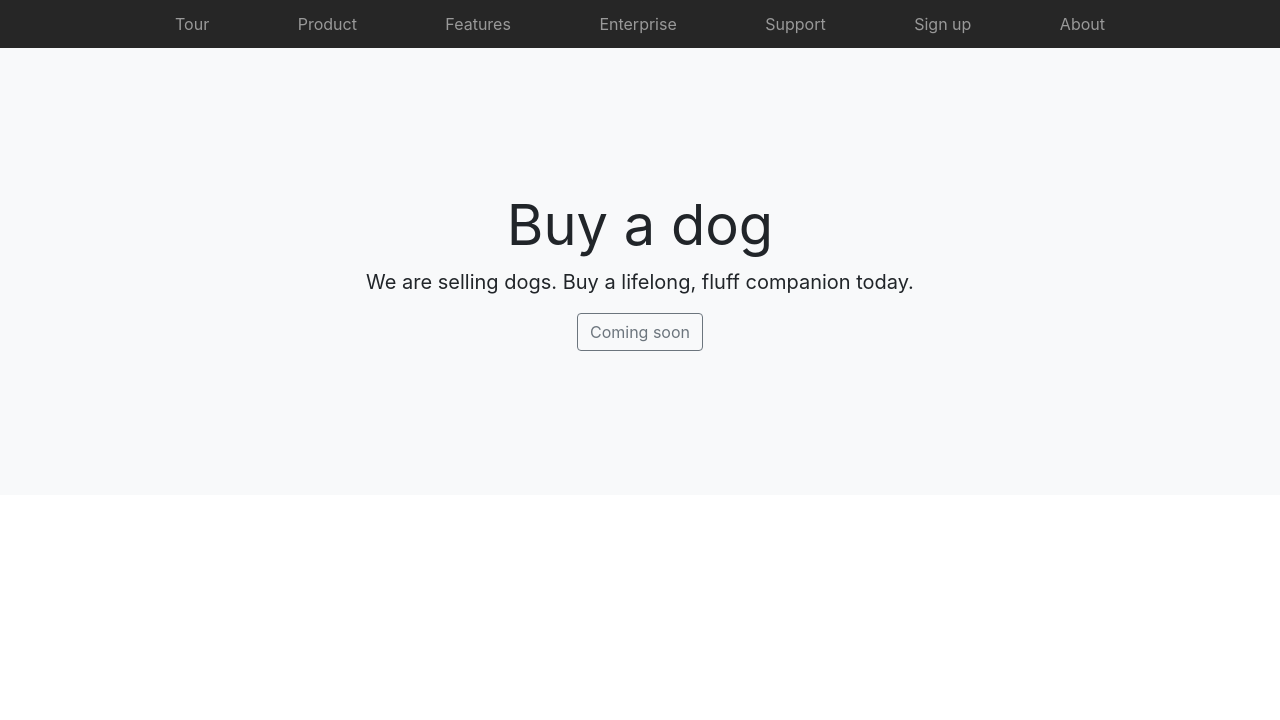
Repository: sdec002/SabinaDecastro-website
Page: lab2: LearnCS-Twilio/index.html
The author's editor kept a record of every edit. The page is drawn from the files as they stood at one moment, then again after the next edit.
The browser window is 1280 px wide. The pictures show the whole page.

Above is the page before.

After the next edit:
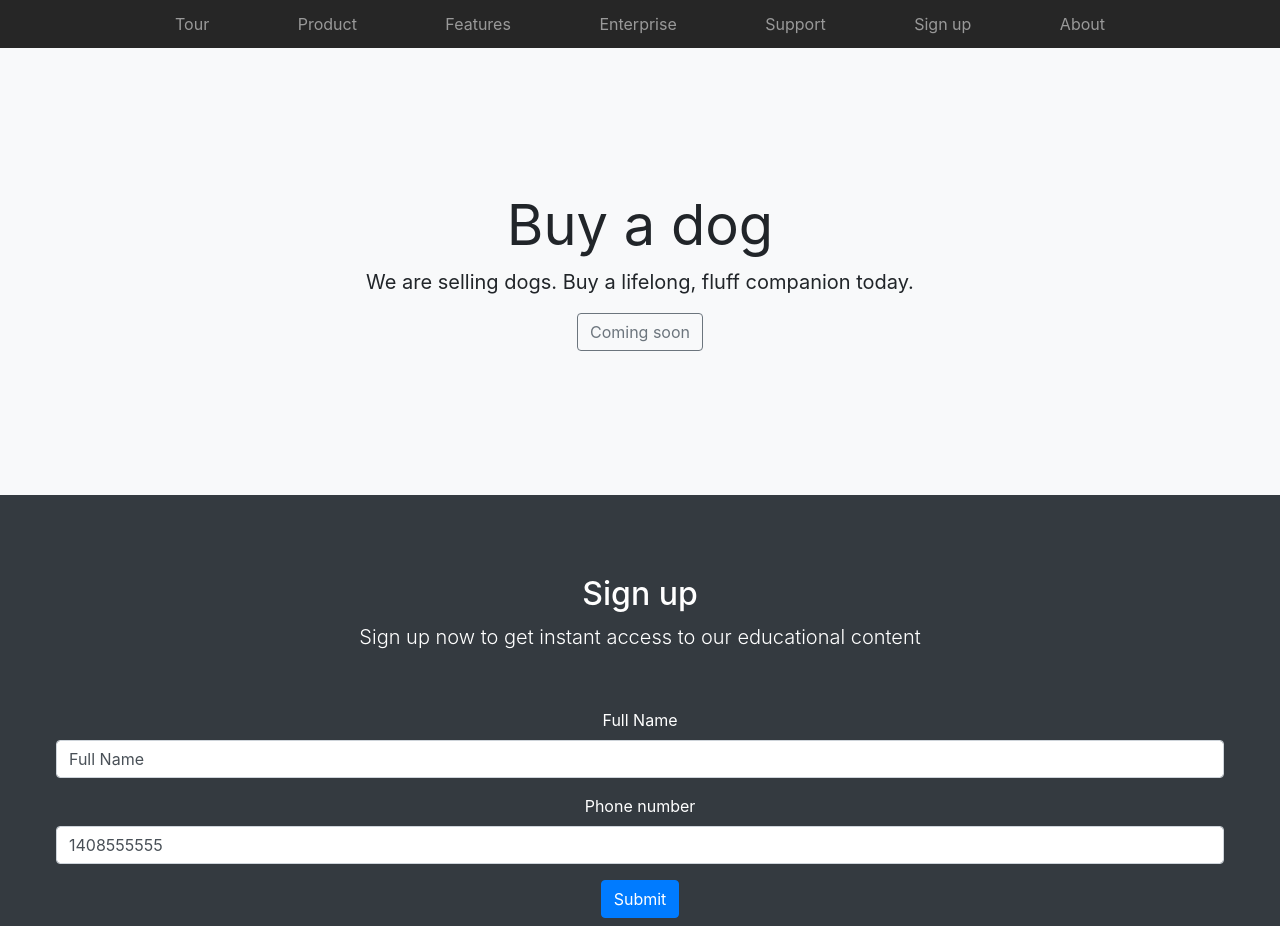
The edit:
--- a/lab2: LearnCS-Twilio/index.html
+++ b/lab2: LearnCS-Twilio/index.html
@@ -35,5 +35,44 @@
         <a class="btn btn-outline-secondary" href="https://www.youtube.com/watch?v=imXmg6mcRaE">Coming soon</a>
     </div>
 </div>
+<!-- Left Tile -->
+<div class="d-md-flex flex-md-equal w-100">
+    <div class="bg-dark pt-3 px-3 pt-md-5 px-md-5 text-center text-white overflow-hidden">
+        <div class="my-3 py-3">
+            <h2 class="display-5">Sign up</h2>
+            <p class="lead">Sign up now to get instant access to our educational content</p>
+        </div>
+        <!-- Web form when submitted will send a text message -->
+        <form class="p-2" onsubmit="sendTextMessage(); return false;">
+            <!-- Full Name Form Field -->
+            <div class="form-group">
+                <label for="example-first-name">Full Name</label>
+                <input type="text" value="Full Name" class="form-control" id="example-first-name" aria-describedby="emailHelp">
+            </div>
+            <!-- Phone Number Form Field -->
+            <div class="form-group">
+                <label for="example-tel-input">Phone number</label>
+                <input type="tel" class="form-control" value="1408555555" id="example-tel-input">
+            </div>
+            <!-- JavaScript that handles onSubmit logic -->
+            <!-- Configure the XHR request below with your own credentials -->
+            <script>
+            function sendTextMessage() {
+                console.log("Hello world!");
+                var xhr = new XMLHttpRequest();
+                var accountSID = "AC05768a8e7a01078c3e39755e873b0ab8";
+                var authToken = "03718379ec8b4b227bd0f128fcec1942";
+                var base64encoded = accountSID + ":" + authToken;
+                var params = "To=" + document.getElementById('example-tel-input').value + "&From=" + "XXXXXXXXXX" + "&Body=" + "Hello " + document.getElementById('example-first-name').value + " nice job on sending your first SMS with APIs."
+                xhr.open("POST", "https://api.twilio.com/2010-04-01/Accounts/" + accountSID + "/Messages.json", true);
+                xhr.setRequestHeader('Content-Type', 'application/x-www-form-urlencoded');
+                xhr.setRequestHeader('Authorization', 'Basic ' + btoa(base64encoded));
+                xhr.send(params);
+            }
+            </script>
+            <!-- Submit button that will execute the sendTextMessage function -->
+            <button type="submit" class="btn btn-primary">Submit</button>
+        </form>
+    </div>
   </body>
 </html>
